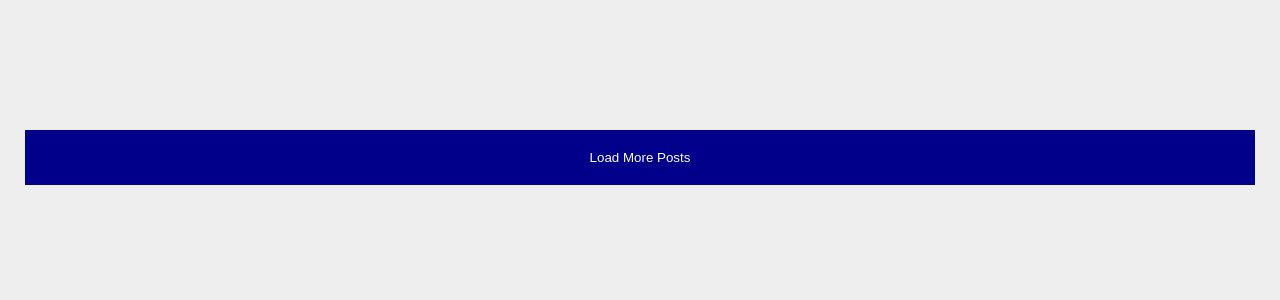
Repository: anderfmelo/temp-repo
Page: /
An editor plug-in stored every save of this project. The page is shown before and after the next save, followed by the edit.
The browser window is 1280 px wide. The pictures show the whole page.
The page's requests for data from a server got no answer. The project was rebuilt for these pictures with package versions that can differ from the ones it lists, and the page was loaded fresh each time. No one was signed in, and anything a server would have sent is missing. Also part of the build but not shown: src/components/PostCard/styles.css, src/components/PostCard/index.jsx.

Above is the page before, as saved 2022-04-20 11:44:03.

### public/index.html
<!DOCTYPE html>
<html lang="en">
  <head>
    <meta charset="utf-8" />
    <link rel="icon" href="%PUBLIC_URL%/favicon.ico" />
    <meta name="viewport" content="width=device-width, initial-scale=1" />
    <meta name="theme-color" content="#000000" />
    <meta
      name="description"
      content="Web site created using create-react-app"
    />
    <link rel="apple-touch-icon" href="%PUBLIC_URL%/logo192.png" />
    <!--
      manifest.json provides metadata used when your web app is installed on a
      user's mobile device or desktop. See https://developers.google.com/web/fundamentals/web-app-manifest/
    -->
    <link rel="manifest" href="%PUBLIC_URL%/manifest.json" />
    <!--
      Notice the use of %PUBLIC_URL% in the tags above.
      It will be replaced with the URL of the `public` folder during the build.
      Only files inside the `public` folder can be referenced from the HTML.

      Unlike "/favicon.ico" or "favicon.ico", "%PUBLIC_URL%/favicon.ico" will
      work correctly both with client-side routing and a non-root public URL.
      Learn how to configure a non-root public URL by running `npm run build`.
    -->
    <title>React App</title>
  </head>
  <body>
    <noscript>You need to enable JavaScript to run this app.</noscript>
    <div id="root"></div>
    <!--
      This HTML file is a template.
      If you open it directly in the browser, you will see an empty page.

      You can add webfonts, meta tags, or analytics to this file.
      The build step will place the bundled scripts into the <body> tag.

      To begin the development, run `npm start` or `yarn start`.
      To create a production bundle, use `npm run build` or `yarn build`.
    -->
  </body>
</html>

### src/index.js
import React from 'react';
import ReactDOM from 'react-dom/client';
import './styles/global-styles.css';

import Home from './templates/Home';

const root = ReactDOM.createRoot(document.getElementById('root'));
root.render(
  <React.StrictMode>
    <Home />
  </React.StrictMode>
);

### src/templates/Home/index.jsx
import "./styles.css";

import { Component } from "react";

import { loadPosts } from "../../utils/load-posts";
import { Posts } from "../../components/Posts";
import { Button } from "../../components/Button";

export class Home extends Component {
  state = {
    posts: [],
    allPosts: [],
    page: 0,
    postsPerPage: 2,
  };

  async componentDidMount() {
    await this.loadPosts();
  }

  loadPosts = async () => {
    const { page, postsPerPage } = this.state;

    const postsAndPhotos = await loadPosts();
    this.setState({
      posts: postsAndPhotos.slice(page, postsPerPage),
      allPosts: postsAndPhotos,
    });
  };

  loadMorePosts = () => {
    const { page, postsPerPage, allPosts, posts } = this.state;

    const nextPage = page + postsPerPage;
    const nextPosts = allPosts.slice(nextPage, nextPage + postsPerPage);
    posts.push(...nextPosts);

    this.setState({ posts, page: nextPage });
  };

  render() {
    const { posts } = this.state;

    return (
      <section className="container">
        <Posts posts={posts} />
        <div className="button-container">
          <Button text="Load More Posts" quandoClica={this.loadMorePosts} />
        </div>
      </section>
    );
  }
}

export default Home;

### src/templates/Home/styles.css
.container {
  max-width: 1700px;
  margin: 0 auto;
  min-height: 100vh;
  background: #eee;
  padding: 25px;
}

.button-container {
  min-height: 160px;
  display: flex;
  align-items: flex-end;
}

### src/utils/load-posts.js
export const loadPosts = async () => {
    const postsResponse = fetch(
        'https://jsonplaceholder.typicode.com/posts');

    const photosResponse = fetch(
        'https://jsonplaceholder.typicode.com/photos');

    const [posts, photos] = await Promise.all(
        [postsResponse, photosResponse]);

    const postsJson = await posts.json();
    const photosJson = await photos.json();

    const postsAndPhotos = postsJson.map((post, index) => {
        return { ...post, cover: photosJson[index].url }
    });

    return postsAndPhotos;
}

### src/components/Posts/index.jsx
import "./styles.css";

import { PostCard } from "../PostCard";

export const Posts = ({ posts }) => (
  <div className="posts">
    {posts.map((post) => (
      <PostCard
        key={post.id}
        title={post.title}
        body={post.body}
        id={post.id}
        cover={post.cover}
      />
    ))}
  </div>
);

### src/components/Button/index.jsx
import "./styles.css";

import { Component } from "react";

export class Button extends Component {
  render() {
    const { text, quandoClica } = this.props;

    return (
      <button className="button" onClick={quandoClica}>
        {text}
      </button>
    );
  }
}

### src/components/Posts/styles.css
.posts {
    display: grid;
    grid-template-columns: repeat(
      auto-fill, minmax(280px, 1fr));
      gap: 30px;
  }

### src/components/Button/styles.css
.button {
    width: 100%;
    background: darkblue;
    color: white;
    border: none;
    padding: 20px;

}

Loaded but not shown: src/styles/global-styles.css (common file)

After the next save:
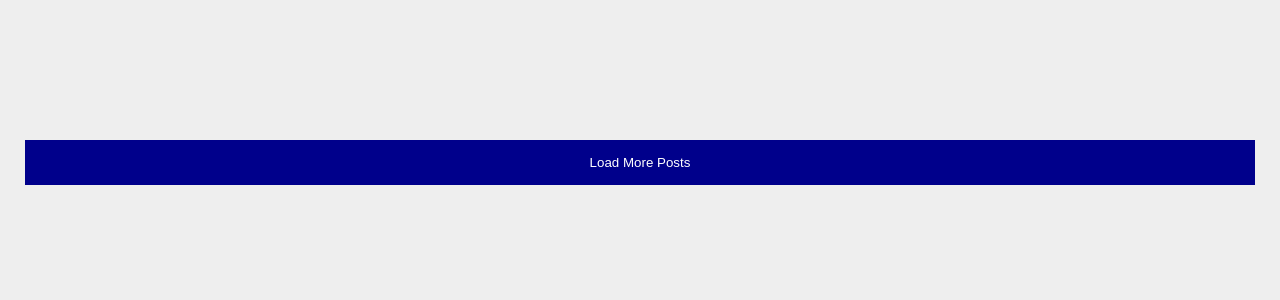
Saved 7 s later.
--- a/src/components/Button/styles.css
+++ b/src/components/Button/styles.css
@@ -3,6 +3,6 @@
     background: darkblue;
     color: white;
     border: none;
-    padding: 20px;
+    padding: 15px;
 
 }

After the save that followed:
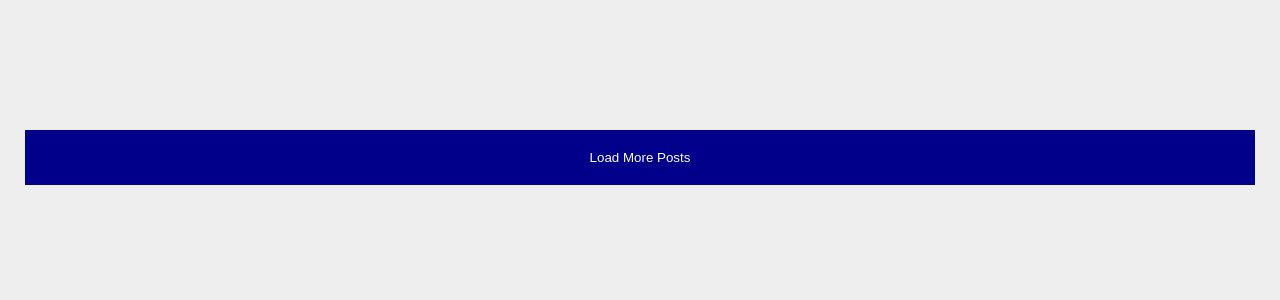
Saved 4 s later.
--- a/src/components/Button/styles.css
+++ b/src/components/Button/styles.css
@@ -3,6 +3,6 @@
     background: darkblue;
     color: white;
     border: none;
-    padding: 15px;
+    padding: 20px;
 
 }
